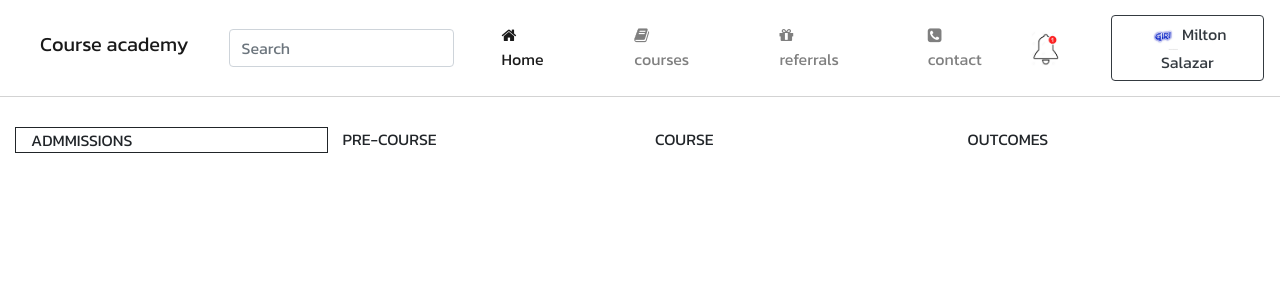
Repository: giribabu1997/html-layout
Page: task.html
The author's editor kept a copy of each file at every save. The page is drawn from the files as they stood at one save, then again after the next save.
The browser window is 1280 px wide. The pictures show the whole page.

Above is the page before, as saved 2019-06-24 09:15:01.

### task.html
<!DOCTYPE html>
<html lang="en">

<head>
    <meta charset="UTF-8">
    <meta name="viewport" content="width=device-width, initial-scale=1.0">
    <meta http-equiv="X-UA-Compatible" content="ie=edge">
    <title>Document</title>
    <link rel="stylesheet" href="https://stackpath.bootstrapcdn.com/bootstrap/4.3.1/css/bootstrap.min.css"
        integrity="sha384-ggOyR0iXCbMQv3Xipma34MD+dH/1fQ784/j6cY/iJTQUOhcWr7x9JvoRxT2MZw1T" crossorigin="anonymous">
    <link href="https://fonts.googleapis.com/css?family=Kanit&display=swap" rel="stylesheet">
    <link rel="stylesheet" href="https://cdnjs.cloudflare.com/ajax/libs/font-awesome/4.7.0/css/font-awesome.min.css">
    <style>
        .navhead-height {
            padding: 1.5rem;
        }

        .head-container {
            padding: 0%;
        }

        * {
            font-family: 'Kanit', sans-serif;
        }

        .home-link {
            padding-right: 2.5rem !important;
            padding-left: 2.5rem !important;
        }
    </style>

</head>

<body>
    <div class="container-fluid head-container" style=" border-bottom: 1px solid lightgrey;">
        <nav class="navbar navbar-expand-lg navbar-light bg-white">
            <a class="navbar-brand navhead-height" href="#">
                <h5>Course academy </h5>
            </a>
            <button class="navbar-toggler" type="button" data-toggle="collapse" data-target="#navbarSupportedContent"
                aria-controls="navbarSupportedContent" aria-expanded="false" aria-label="Toggle navigation">
                <span class="navbar-toggler-icon"></span>
            </button>
            <form class="form-inline my-2 my-lg-0">
                <input class="form-control mr-sm-2" type="search" placeholder="Search" aria-label="Search">
            </form>
            <div class="collapse navbar-collapse" id="navbarSupportedContent">
                <ul class="navbar-nav mr-auto">
                    <li class="nav-item active">
                        <a class="nav-link home-link" href="#"><i class="fa fa-home"></i> Home <span
                                class="sr-only">(current)</span></a>
                    </li>
                    <li class="nav-item">
                        <a class="nav-link home-link" href="#"><i class="fa fa-book"></i> courses</a>
                    </li>
                    <li class="nav-item">
                        <a class="nav-link home-link" href="#"><i class="fa fa-gift"></i> referrals</a>
                    </li>
                    <li class="nav-item">
                        <a class="nav-link home-link" href="#"><i class="fa fa-phone-square"></i> contact</a>
                    </li>
                    <li class="nav-item">
                        <a class="nav-link home-link" href="#"></a>
                        <img src="icon.png" width="30px" style="text-align: center" />
                        </a>
                    </li>
                    <button class="btn btn-outline-dark my-2 my-sm-0" type="submit">
                        <img src="giri.png" width="30px" /> Milton Salazar </button>
            </div>
        </nav>
    </div>
    <div class="container-fluid" style="padding: 30px">
        <div class="row">
            <div class="col-sm-3" style="border: 1px solid; text-align: ">
              <h> ADMMISSIONS</h>
            </div>
            <div class="col-sm-3">
               <h> PRE-COURSE</h>
            </div>
            <div class="col-sm-3">
                <h> COURSE </h>
            </div>
            <div class="col-sm-3">
               <h> OUTCOMES </h>
            </div>
        </div>
    </div>


</body>
<script src="https://code.jquery.com/jquery-3.3.1.slim.min.js"
    integrity="sha384-q8i/X+965DzO0rT7abK41JStQIAqVgRVzpbzo5smXKp4YfRvH+8abtTE1Pi6jizo"
    crossorigin="anonymous"></script>
<script src="https://cdnjs.cloudflare.com/ajax/libs/popper.js/1.14.7/umd/popper.min.js"
    integrity="sha384-UO2eT0CpHqdSJQ6hJty5KVphtPhzWj9WO1clHTMGa3JDZwrnQq4sF86dIHNDz0W1"
    crossorigin="anonymous"></script>
<script src="https://stackpath.bootstrapcdn.com/bootstrap/4.3.1/js/bootstrap.min.js"
    integrity="sha384-JjSmVgyd0p3pXB1rRibZUAYoIIy6OrQ6VrjIEaFf/nJGzIxFDsf4x0xIM+B07jRM"
    crossorigin="anonymous"></script>

</html>

After the next save:
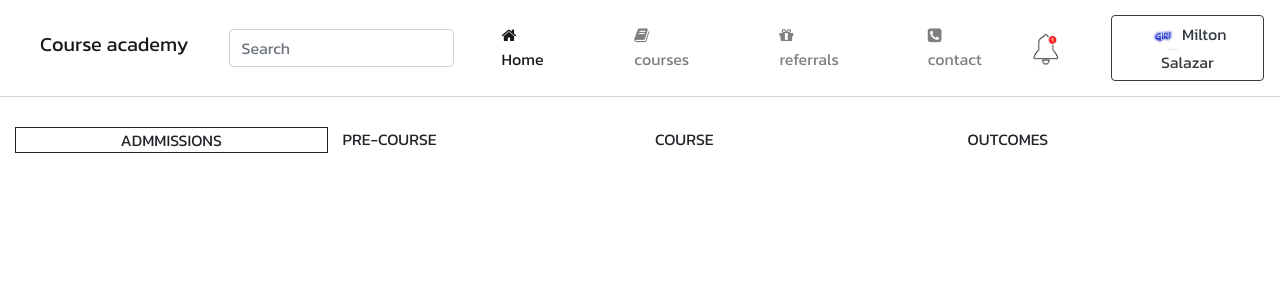
Saved 13 s later.
--- a/task.html
+++ b/task.html
@@ -71,7 +71,7 @@
     </div>
     <div class="container-fluid" style="padding: 30px">
         <div class="row">
-            <div class="col-sm-3" style="border: 1px solid; text-align: ">
+            <div class="col-sm-3" style="border: 1px solid; text-align: center">
               <h> ADMMISSIONS</h>
             </div>
             <div class="col-sm-3">

After the 2 saves that followed:
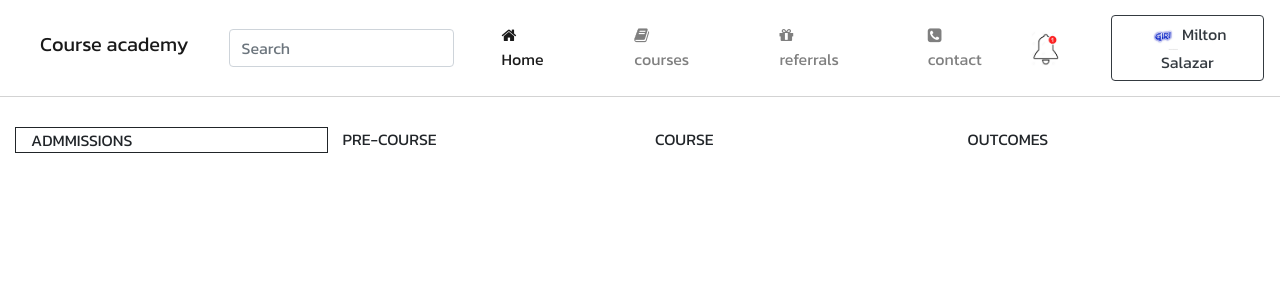
The 2 saves are shown as one change because they came seconds apart.
The last was saved 18 s later.
--- a/task.html
+++ b/task.html
@@ -71,7 +71,7 @@
     </div>
     <div class="container-fluid" style="padding: 30px">
         <div class="row">
-            <div class="col-sm-3" style="border: 1px solid; text-align: center">
+            <div class="col-sm-3" style="border: 1px solid">
               <h> ADMMISSIONS</h>
             </div>
             <div class="col-sm-3">
